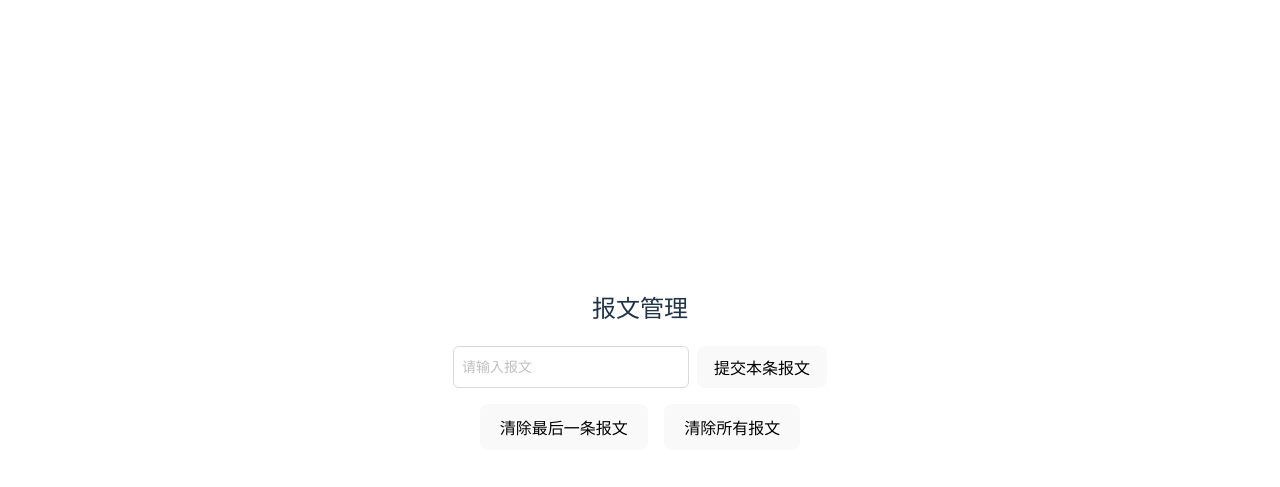
Repository: WUTONK/GoBlogAssignment3
Page: /user/postmodify (app in frontend/)
The author's editor kept a copy of each file at every save. The page is drawn from the files as they stood at one save, then again after the next save.
The browser window is 1280 px wide. The pictures show the whole page.
The project was rebuilt for these pictures with package versions that can differ from the ones it lists, and the page was loaded fresh each time. Also part of the build but not shown: frontend/vite.config.ts, frontend/src/api/runtime.ts, frontend/src/api/models/LoginReq.ts, frontend/src/api/models/LoginRsp.ts, frontend/src/api/models/SqlReq.ts, frontend/src/api/models/SqlRsp.ts, frontend/src/api/models/index.ts, frontend/src/api/apis/DefaultApi.ts and 5 more.

Above is the page before, as saved 2025-07-26 23:48:48.

### frontend/src/main.tsx
import { StrictMode } from 'react'
import { createRoot } from 'react-dom/client'
import { RouterProvider } from 'react-router-dom';
import { router } from './router.tsx'
import './index.css'

// 路由
createRoot(document.getElementById('root')!).render(
  <StrictMode>
   <RouterProvider router={router}/>
  </StrictMode>,
)

### frontend/src/router.tsx
import LoginPage from "./loginPage";
import PostModify from "./PostModifyPage";
import PostShowPage from "./PostShowPage";
import { createBrowserRouter } from "react-router-dom";

export const router = createBrowserRouter(
   [
        {
            path: "/user/login",
            element: <LoginPage/>
        },

        {
            path: "/user/postmodify",
            element: <PostModify/>
        },

        {
            path: "/user/postshow",
            element: <PostShowPage/>,
        }
   ]
)

### frontend/src/PostModifyPage.tsx
import { useState } from 'react'
import './app.css'
import { Api } from './shared'
import Input from 'antd/es/input/Input'
import { useNavigate } from 'react-router-dom'

function PostModify() {
  const [post, setPosts] = useState("")

  return (
    <div style={{ maxWidth: 500, margin: "0 auto", padding: 20 }}>
      <h2 style={{ textAlign: "center" }}>报文管理</h2>
      {/* 输入框和提交按钮同一行 */}
      <div style={{ display: "flex", marginBottom: 16 }}>
        <Input
          type="text"
          value={post}
          onChange={(e: React.ChangeEvent<HTMLInputElement>) => setPosts(e.target.value)}
          placeholder="请输入报文"
          style={{ flex: 1, marginRight: 8, padding: 8 }}
        />
        <button
          onClick={() => { }}
          style={{ padding: "8px 16px" }}
        >
          提交本条报文
        </button>
      </div>
      {/* 下面两个按钮一行 */}
      <div style={{ display: "flex", justifyContent: "center", gap: 16 }}>
        <button onClick={() => { }}>清除最后一条报文</button>
        <button onClick={() => { }}>清除所有报文</button>
      </div>
    </div>
  )
}

export default PostModify

Loaded but not shown: frontend/index.html (common file); frontend/src/index.css (common file); frontend/src/App.css (common file)

After the next save:
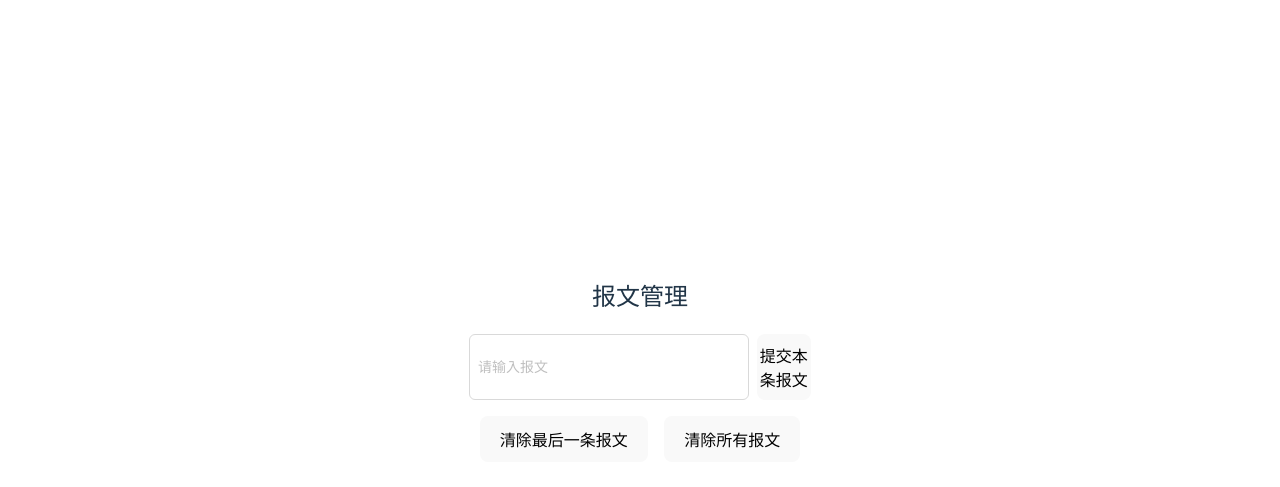
Saved 48 s later.
--- a/frontend/src/PostModifyPage.tsx
+++ b/frontend/src/PostModifyPage.tsx
@@ -17,11 +17,11 @@ function PostModify() {
           value={post}
           onChange={(e: React.ChangeEvent<HTMLInputElement>) => setPosts(e.target.value)}
           placeholder="请输入报文"
-          style={{ flex: 1, marginRight: 8, padding: 8 }}
+          style={{ flex: 5, marginRight: 8, padding: 8 }}
         />
         <button
           onClick={() => { }}
-          style={{ padding: "8px 16px" }}
+          style={{ flex: 1, padding: "8px 0" }}
         >
           提交本条报文
         </button>
